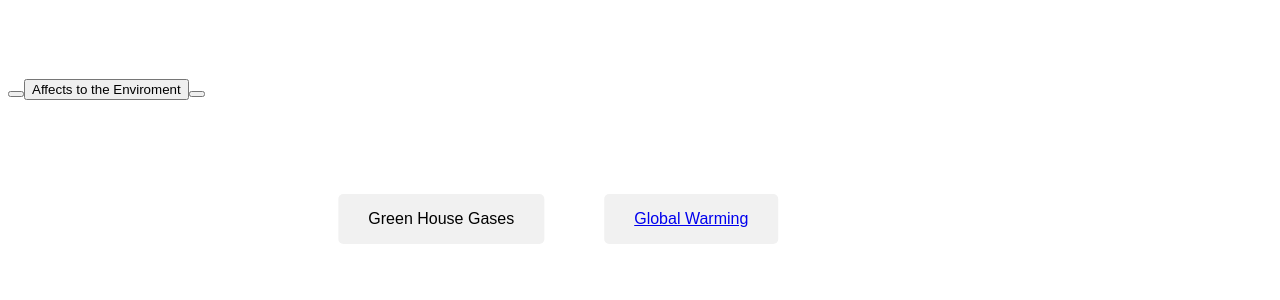
Repository: Alejandra-Pelayo/Alejandra-Pelayo.github.io
Page: 2.1.4/Example.html
The author's editor kept a record of every edit. The page is drawn from the files as they stood at one moment, then again after the next edit.
The browser window is 1280 px wide. The pictures show the whole page.

Above is the page before.

### 2.1.4/Example.html
<body>

<p><font size="20" color="white">Global Warming</font></p>


<link href="example.css" rel="stylesheet" type="text/css">

<button1>
    <a href="Enviromental.html">
      <button class="btn"> Global Warming<Button</button>
<button2>
    <a href = "Green_House.html">
      <button class ="btn2"> Green House Gases <Button/button>
<button3>
    <a href = "animals.html">
      <button class ="btn3"> Affects to the Enviroment <Button/button>



<div class="container">

### 2.1.4/example.css
img{
    position: fixed;
  top: 5;
  left: 5;

  /* Preserve aspet ratio */
  min-width: 100%;
  min-height: 100%;
}
/* Button Code*/
.btn{
  position: absolute;
  top: 20%;
  left:20%;
  transform: translate(200%, 100%);
  -ms-transform: translate(-80%, -80%);
  background-color: #f1f1f1;
  color: black;
  font-size: 16px;
  padding: 16px 30px;
  border: none;
  cursor: pointer;
  border-radius: 5px;
  text-align: center;
}
.btn2{
    position: absolute;
  top: 20%;
  left: 20%;
  transform: translate(40%, 100%);
  -ms-transform: translate(-80%, -80%);
  background-color: #f1f1f1;
  color: black;
  font-size: 16px;
  padding: 16px 30px;
  border: none;
  cursor: pointer;
  border-radius: 5px;
  text-align: center;
}

After the next edit:
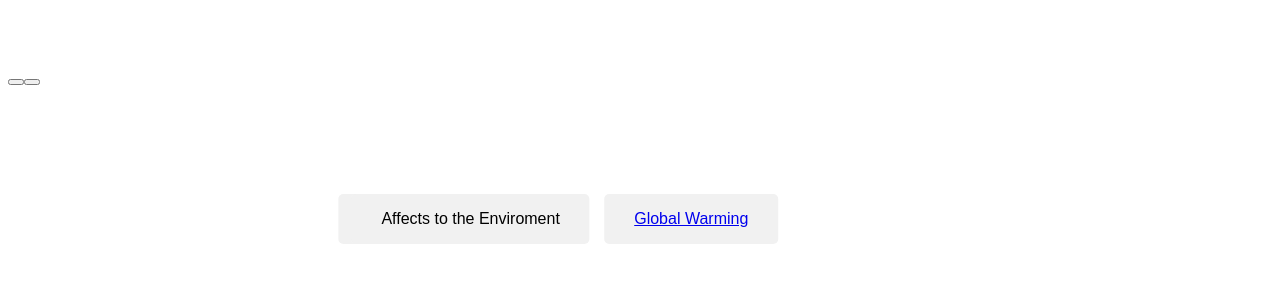
The edit:
--- a/2.1.4/example.css
+++ b/2.1.4/example.css
@@ -38,3 +38,19 @@
   border-radius: 5px;
   text-align: center;
 }
+
+.btn3{
+    position: absolute;
+  top: 20%;
+  left: 20%;
+  transform: translate(40%, 100%);
+  -ms-transform: translate(-80%, -80%);
+  background-color: #f1f1f1;
+  color: black;
+  font-size: 16px;
+  padding: 16px 30px;
+  border: none;
+  cursor: pointer;
+  border-radius: 5px;
+  text-align: center;
+}
